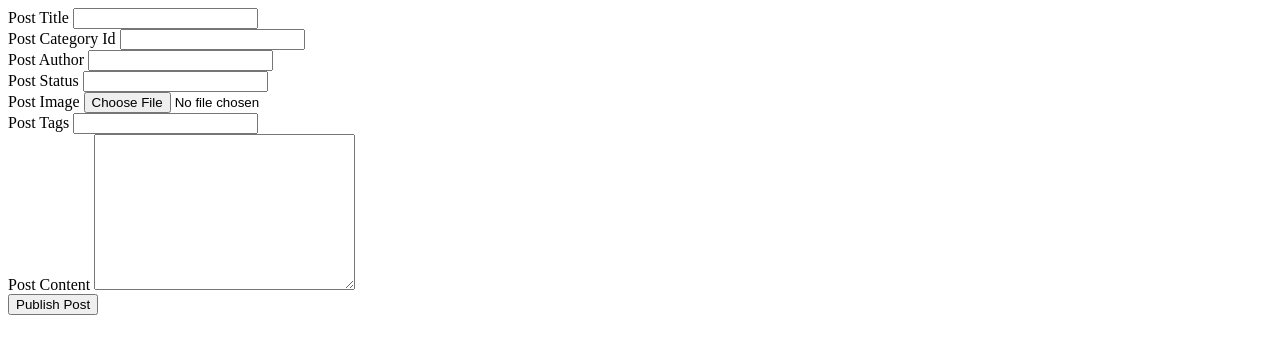
Repository: AimeeGao/CMS
Page: http://localhost/admin/includes/add_post.php
The author's editor kept a copy of each file at every save. The page is drawn from the files as they stood at one save, then again after the next save.
The browser window is 1280 px wide. The pictures show the whole page.
The page is run by PHP 8.4 with error messages shown; the project is at /var/www/html/.

Above is the page before, as saved 2017-07-24 12:01:09.

### cms/admin/includes/add_post.php
<?php
	if(isset($_POST['create_post'])){
		echo $_POST['create_post'];
	}

?>



<form action="" method="post" enctype="multipart/form-data">
	<div class="form-group">
		<label for="title">Post Title</label>
		<input type="text" class="form-control" name="title"/>
	</div>
	<div class="form-group">
		<label for="post_category">Post Category Id</label>
		<input type="text" class="form-control" name="post_category_id"/>
	</div>
	<div>
		<label for="title">Post Author</label>
		<input type="text" class="form-control" name="author"/>
	</div>
	<div>
		<label for="post_status">Post Status</label>
		<input type="text" class="form-control" name="post_status"/>
	</div>
	<div class="form-group">
		<label for="post_image">Post Image</label>
		<input type="file" name="image"/>
	</div>
	<div class="form-group">
		<label for="post_tags">Post Tags</label>
		<input type="text" class="form-control" name="post_tags"/>
	</div>
	<div class="form-group">
		<label for="post_content">Post Content</label>
		<textarea class="form-control" name="post_content" id="" cols="30" rows="10"></textarea>
	</div>
	<div class="form-group">
		<input class="btn btn-primary" type="submit" name="create_post" value="Publish Post"/>
	</div>


</form>

After the next save:
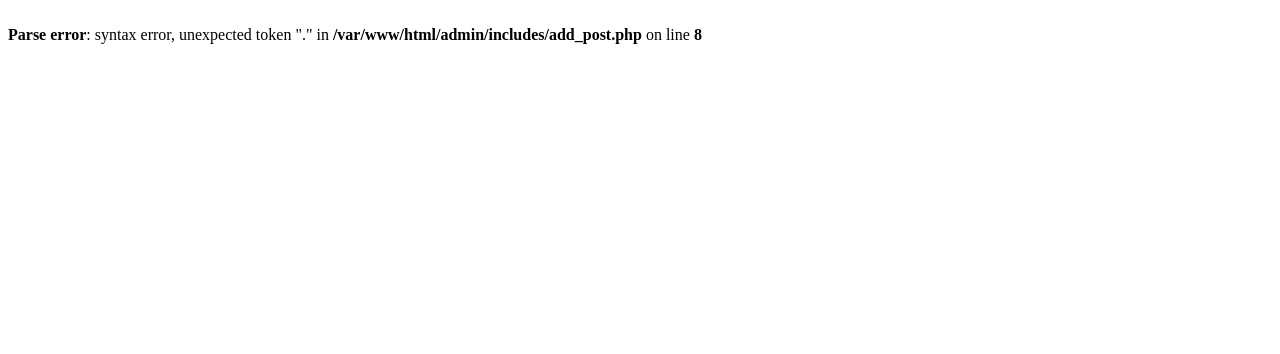
Saved 4 h 27 min later.
--- a/cms/admin/includes/add_post.php
+++ b/cms/admin/includes/add_post.php
@@ -1,6 +1,11 @@
 <?php
 	if(isset($_POST['create_post'])){
-		echo $_POST['create_post'];
+		$post_title = $_POST['title'];
+		$post_author = $_POST['author'];
+		$post_category_id = $_POST['post_category_id'];
+		$post_status = $_POST['post_status'];
+		$post_image = $_FILES['image']['name'];
+		$post_image_temp = $_FILES['image']['tmp_name'];.
 	}
 
 ?>
